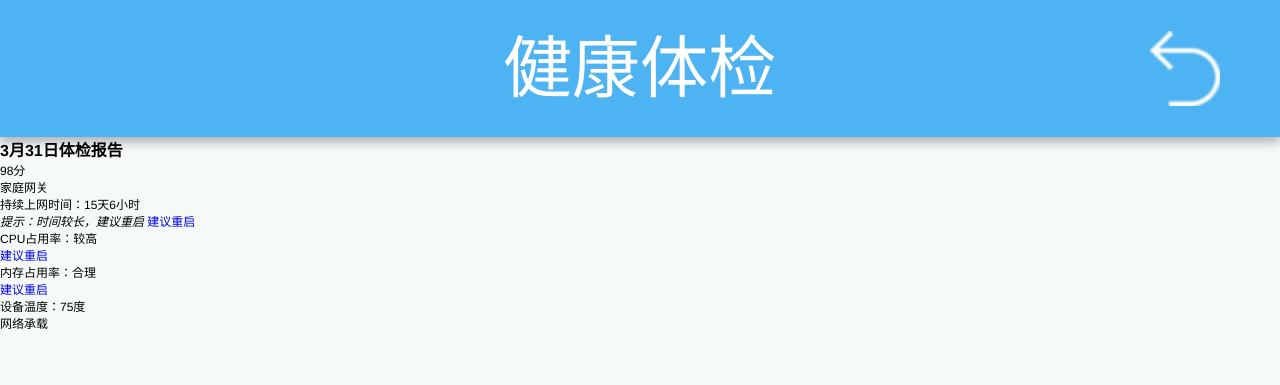
Repository: wangbiaozy/8.24
Page: index_health.html
An editor plug-in stored every save of this project. The page is shown before and after the next save, followed by the edit.
The browser window is 1280 px wide. The pictures show the whole page.

Above is the page before, as saved 2018-08-23 20:25:24.

After the next save:
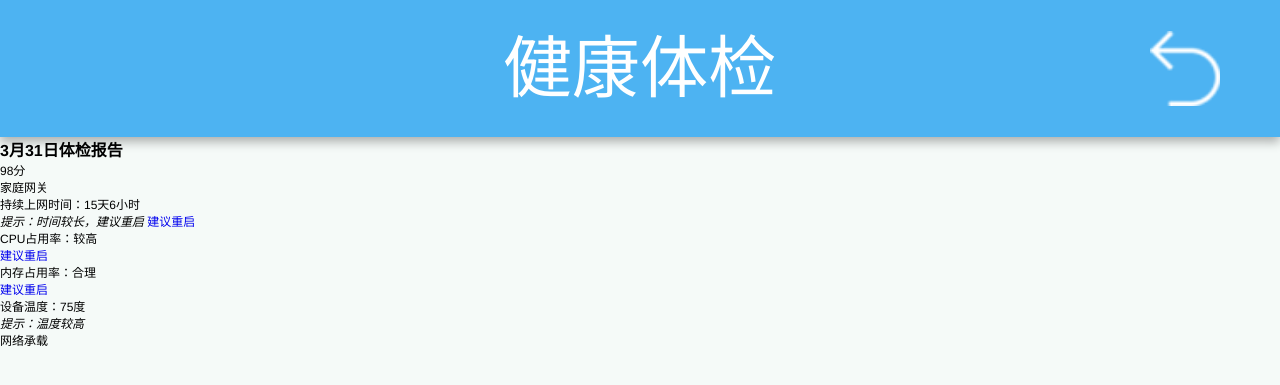
Saved 12 s later.
--- a/index_health.html
+++ b/index_health.html
@@ -43,6 +43,7 @@
             </li>
             <li>
                 <p>设备温度：<span>75度</span></p>
+                <i>提示：温度较高</i>
             </li>
         </ul>
         <div class="title">
